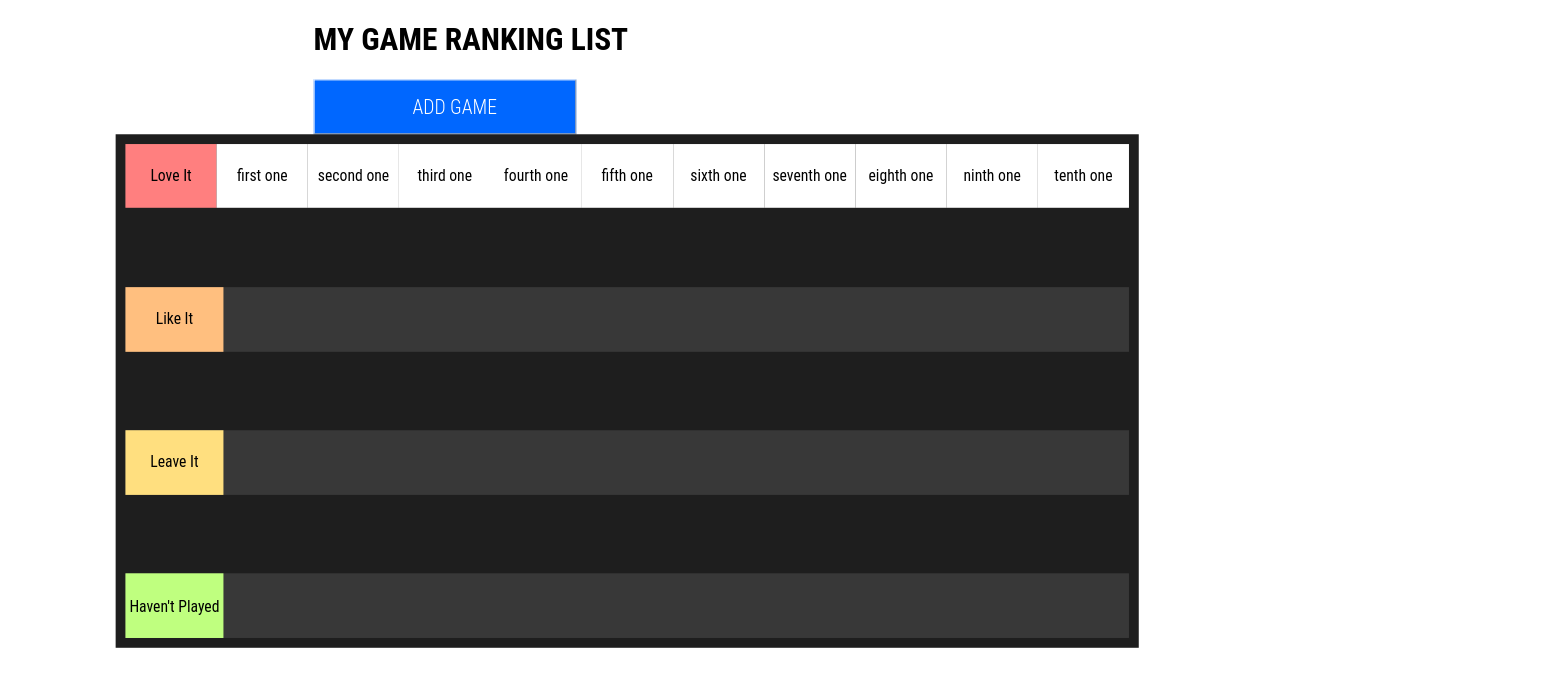
Repository: akiachenise/akiachenise.github.io
Page: JackboxGames_TierList_vanilla/index.html
An editor plug-in stored every save of this project. The page is shown before and after the next save, followed by the edit.
The browser window is 1280 px wide. The page is 1600 px wide, so the pictures cover 1600 px, including what lies to the right of the window. The pictures show the whole page, at 98% of full size.

Above is the page before, as saved 2022-11-26 17:46:17.

### JackboxGames_TierList_vanilla/index.html
<!DOCTYPE html>
<!--[if lt IE 7]>      <html class="no-js lt-ie9 lt-ie8 lt-ie7"> <![endif]-->
<!--[if IE 7]>         <html class="no-js lt-ie9 lt-ie8"> <![endif]-->
<!--[if IE 8]>         <html class="no-js lt-ie9"> <![endif]-->
<!--[if gt IE 8]>      <html class="no-js"> <!--<![endif]-->
<html lang="en-US">
  <head>
    <meta charset="utf-8" />
    <meta http-equiv="X-UA-Compatible" content="IE=edge" />
    <title>My Game Ranking List</title>
    <meta name="description" content="My Game Ranking" />
    <meta name="viewport" content="width=device-width, initial-scale=1" />
    <link rel="stylesheet" type="text/css" href="css/stylesheet.css" />
    <link rel="stylesheet" href="https://fonts.googleapis.com/css2?family=Roboto&display=swap">
  </head>
  <body>
    <!--[if lt IE 7]>
      <p class="browsehappy">
        You are using an <strong>outdated</strong> browser. Please
        <a href="#">upgrade your browser</a> to improve your experience.
      </p>
    <![endif]-->
    <span class="headerContainer">
        <h1>My Game Ranking List</h1>
        <button id="addCard" class="add">Add Game</button>
    </span>
    <div id="board">
        <div class = "row">
            <div class = "label">Love It</div>
            <div class="card" id="first" draggable="true">first one</div>
            <div class="card" id="second" draggable="true">second one</div>
            <div class="card" id="third" draggable="true">third one</div>
            <div class="card" id="fourth" draggable="true">fourth one</div>
            <div class="card" id="fifth" draggable="true">fifth one</div>
            <div class="card" id="sixth" draggable="true">sixth one</div>
            <div class="card" id="seventh" draggable="true">seventh one</div>
            <div class="card" id="eighth" draggable="true">eighth one</div>
            <div class="card" id="ninth" draggable="true">ninth one</div>
            <div class="card" id="ninth" draggable="true">tenth one</div>

        </div>
        <div class = "row">
            <div class = "label">Like It</div>
        </div>
        <div class = "row">
            <div class = "label">Leave It</div>
        </div>
        <div class = "row">
            <div class = "label">Haven't Played</div>
        </div>

    </div>


    <script src="js/cards.js" async defer></script>
    <script src="js/rows.js" async defer></script>
  </body>
</html>

### JackboxGames_TierList_vanilla/css/stylesheet.css
body {
    font-family: 'Roboto Condensed', Sans-serif;
    margin: 0;
    display: flex;
    flex-direction: column;
    align-items: center;
    justify-content: center;
}

.headerContainer {
    display: block;
    width: 100vw;
    align-items: center;
    padding-left: 40rem;

}

h1 {
    text-transform: uppercase;
}
button {
    font-family: 'Roboto Condensed', Sans-serif;
    font-weight: 100;
    font-size: 20px;
    text-transform: uppercase;
    border-width: 1px 1px 1px 1px;
    border-radius: 0px 0px 0px 0px;
    border-color: white;
    color: white;
    background: rgba(0,103,255,1);
    padding: 15px 80px 15px 100px;



}

#board {
    display: flex;
    flex-direction: column;
    align-items: center;
    justify-content: space-between;
    padding: 10px;
    width: 80vw;
    height: 70vh;
    background-color: rgb(30, 30, 30);
}

.row {
    display: flex;
    width: 100%;
    height: 13%;
    background-color: rgb(56, 56, 56);
}

.label {
    display: flex;
    justify-content: center;
    align-items: center;
    height: 100%;
    width: 100px;
    background-color: orange;
}

.card {
    height: 100%;
    width: 100px;
    display: flex;
    justify-content: center;
    align-items: center;
    background-color: white;
}

### JackboxGames_TierList_vanilla/js/cards.js
const cards = document.querySelectorAll('.card');

const onDragStart = (event) => {
    console.log('dragging the element');
    event.dataTransfer.setData('id', event.target.id);
    setTimeout(() => {
        event.target.style.visibility = 'hidden';
    }, 50)
}

const onDragEnd = (event) => {
    event.target.style.visibility = 'visible';
    console.log('ended the drag');
}

cards.forEach((card) => {
    card.ondragstart = onDragStart;
    card.ondragend = onDragEnd;


})

### JackboxGames_TierList_vanilla/js/rows.js
const rows = document.querySelectorAll('.row');
const colorRanks = ['rgb(255, 127, 127)', 'rgb(255, 191, 127)', 'rgb(255, 223, 127)' , 'rgb(191, 255, 127)'];

const onDragOver = (event) => {
    event.preventDefault();
}

const onDrop = (event) => {
   event.preventDefault();
   const draggedCardId = event.dataTransfer.getData('id');
   const draggedCard = document.getElementById(draggedCardId);
   event.target.appendChild(draggedCard);
   console.log('dropped the element');
}

rows.forEach((row, index) => {
    const label = row.querySelector('.label');
    label.style.backgroundColor = colorRanks[index];
    row.ondragover = onDragOver;
    row.ondrop = onDrop;
})

After the next save:
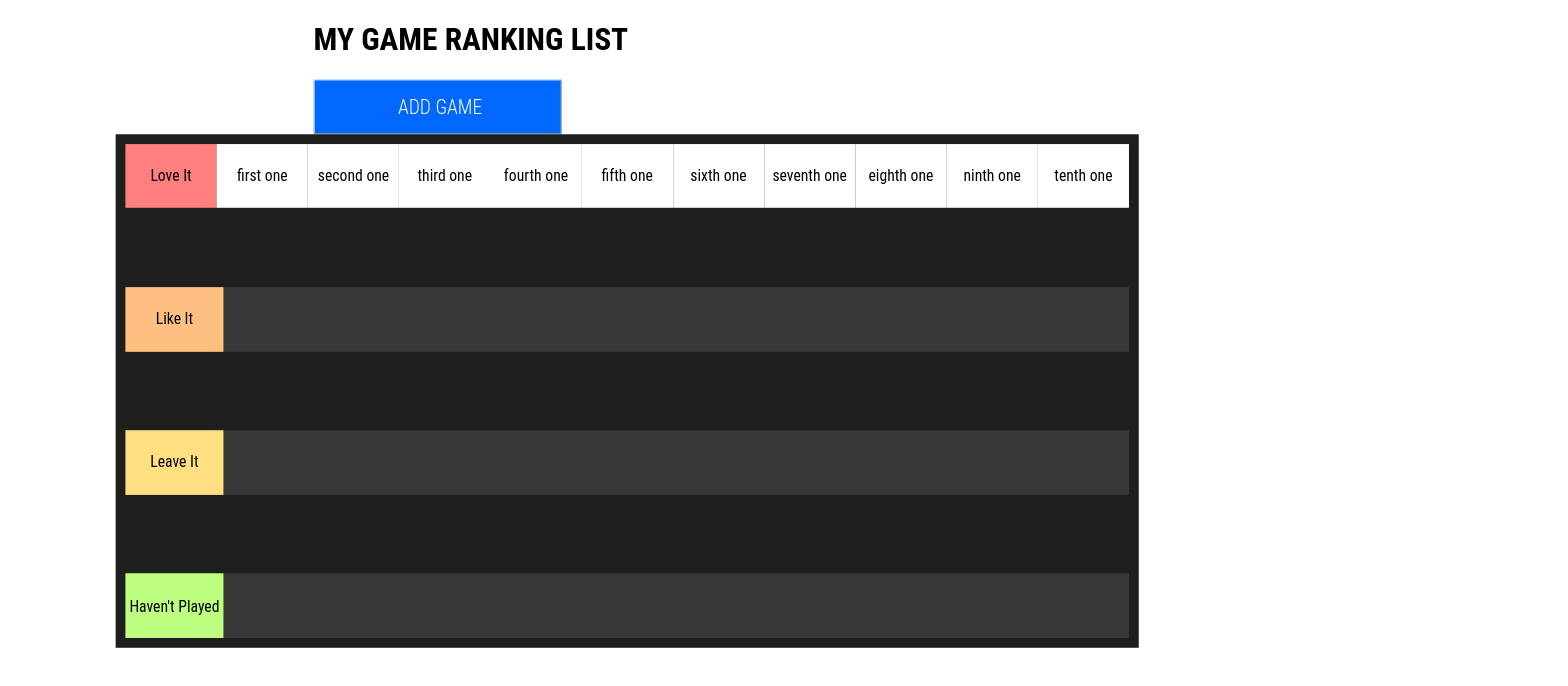
Saved 14 s later.
--- a/JackboxGames_TierList_vanilla/css/stylesheet.css
+++ b/JackboxGames_TierList_vanilla/css/stylesheet.css
@@ -28,7 +28,7 @@ button {
     border-color: white;
     color: white;
     background: rgba(0,103,255,1);
-    padding: 15px 80px 15px 100px;
+    padding: 15px 80px 15px 85px;
 
 
 
